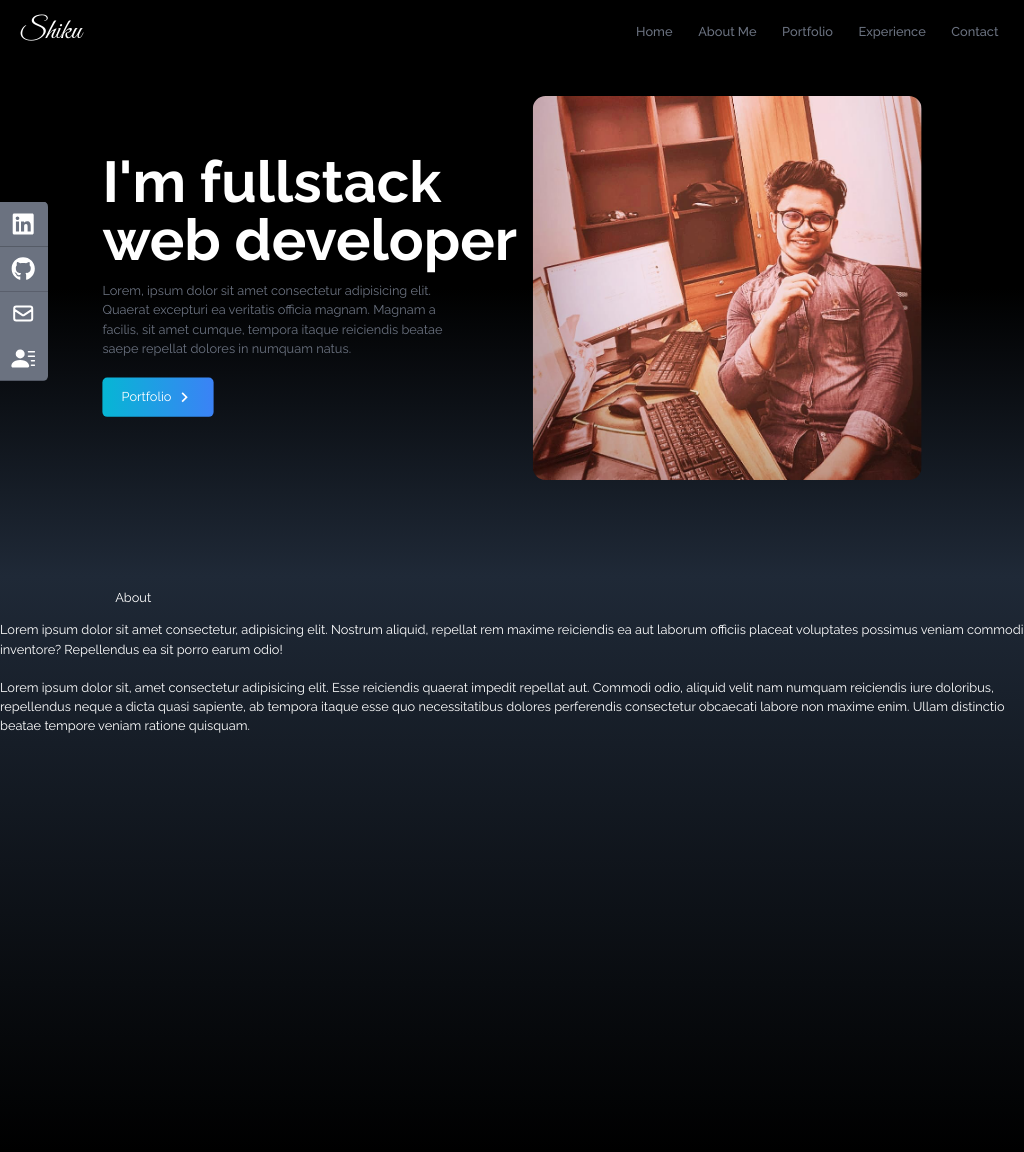
Repository: shikubro90/portfolio2
Page: /
These files come from the project's save history. The page is drawn as it stood at one moment and after a run of saves; the edit follows.
The browser window is 1280 px wide. The pictures show the whole page, at 80% of full size.
The project was rebuilt for these pictures with package versions that can differ from the ones it lists, and the page was loaded fresh each time. Imported but missing from the stored project, and not drawn on this page: src/assets/CV.pdf.

Above is the page before, as saved 2022-08-26 13:46:35.

### src/index.css
@import url('https://fonts.googleapis.com/css2?family=Raleway:ital,wght@0,200;0,300;0,400;0,500;0,600;0,700;0,800;0,900;1,100;1,200;1,300;1,400;1,500;1,600;1,700;1,800;1,900&display=swap');

@import url('https://fonts.googleapis.com/css2?family=Great+Vibes&display=swap');

@tailwind base;
@tailwind components;
@tailwind utilities;

@layer base{
  html{
    font-family: 'Raleway', sans-serif;
  }
}

### src/App.js
import About from "./components/About";
import Home from "./components/Home";
import Navbar from "./components/Navbar";
import SocialMedia from "./components/SocialMedia";


function App() {
  return (
    <div>
      <Navbar/>
      <Home/>
      <SocialMedia/>
      <About/>
    </div>
  );
}

export default App;

### src/components/About.jsx
import React from 'react'

const About = () => {
  return (
    <div name="about" className='w-full h-screen bg-gradient-to-b from-gray-800 to-black text-white'>
      <div>
      <div className='max-w-screen-lg p-4 mx-auto'>
        <p>About</p>
      </div>
      <p>
        Lorem ipsum dolor sit amet consectetur, adipisicing elit. Nostrum aliquid, repellat rem maxime reiciendis ea aut laborum officiis placeat voluptates possimus veniam commodi inventore? Repellendus ea sit porro earum odio!
      </p>

      <br />

      <p>Lorem ipsum dolor sit, amet consectetur adipisicing elit. Esse reiciendis quaerat impedit repellat aut. Commodi odio, aliquid velit nam numquam reiciendis iure doloribus, repellendus neque a dicta quasi sapiente, ab tempora itaque esse quo necessitatibus dolores perferendis consectetur obcaecati labore non maxime enim. Ullam distinctio beatae tempore veniam ratione quisquam.</p>
      </div>

    </div>
  )
}

export default About

### src/components/Home.jsx
import React from 'react'
import heroImage from '../assets/about_me.png'
import {MdOutlineKeyboardArrowRight} from "react-icons/md"

const Home = () => {
  return (
    <div name="home" className='h-screen w-full bg-gradient-to-b from-black via-black to-gray-800 px-4'>
        <div className='max-w-screen-lg mx-auto flex flex-col md:flex-row items-center justify-center h-full'>

            <div className='flex flex-col justify-center text-white'>
                <h1 className='text-4xl sm:text-7xl font-bold'>I'm fullstack web developer</h1>

                <p className='text-gray-500 py-4 max-w-md'>Lorem, ipsum dolor sit amet consectetur adipisicing elit. Quaerat excepturi ea veritatis officia magnam. Magnam a facilis, sit amet cumque, tempora itaque reiciendis beatae saepe repellat dolores in numquam natus.</p>

                <button className='group w-fit flex flex-row items-center px-6 py-3 my-2 rounded-md bg-gradient-to-r from-cyan-500 to-blue-500 cursor-pointer'>
                    Portfolio
                    <span className='group-hover:rotate-90 duration-200'>
                        <MdOutlineKeyboardArrowRight className="ml-1" size={25} />
                    </span>
                </button>

            </div>
            <div>
                <img src={heroImage} alt="heroImage" className='rounded-2xl'/>
            </div>
        </div>
    </div>
  )
}

export default Home

### src/components/Navbar.jsx
import React, { useState } from 'react'
import {FaBars, FaTimes} from 'react-icons/fa'

const Navbar = () => {

  const [nav, setNav] = useState(false)

  const links =[
    {
      id : 1,
      link : "Home"
    },
    {
      id : 2,
      link : "About Me"
    },
    {
      id : 3,
      link : "Portfolio"
    },
    {
      id : 4,
      link : "Experience"
    },
    {
      id : 5,
      link : "Contact"
    },
  ]

  return (
    <div className='bg-black text-white flex justify-between items-center px-4 fixed w-full h-20'>
      <div>
        <h1 className='text-4xl font-signature ml-2'>Shiku</h1>
      </div>

        <ul className='hidden md:flex'>
          {
            links.map((link)=>{
              return(
                <li key={link.id} className='px-4 cursor-pointer capitalize font-medium text-gray-500 hover:scale-105 duration-200 '>
                  {link.link}
                </li>
              )
            })
          }
        </ul>
        <div onClick={()=>{return setNav(!nav)}} className='cursor-pointer pr-10 z-10 text-gray-500 md:hidden'>
          {nav? <FaTimes size={30}/> : <FaBars size={30}/>  }
        </div>

          {nav && (
            <ul className='absolute top-0 left-0 w-full flex flex-col items-center justify-center h-screen bg-gradient-to-b from-black to-gray-800 text-gray-500'>
              {
                links.map(({id, link})=>{
                  return(
                    <li key={id} className='px-4 py-6 text-3xl cursor-pointer capitalize font-medium text-gray-500 hover:scale-105 duration-200 '>
                        {link}
                    </li>
                  )
                })
              }
            </ul>
          )}
    </div>
  )
}

export default Navbar

### src/components/SocialMedia.jsx
import React from 'react'
import {FaGithub, FaLinkedin} from "react-icons/fa"
import {HiOutlineMail} from "react-icons/hi"
import {BsFillPersonLinesFill} from "react-icons/bs"
import resume from '../assets/CV.pdf'

const links = [
    {
        id : 1,
        child : (
            <>
                LinkedIn <FaLinkedin size={30}/>
            </>
        ),
        href : "https://linkedin.com",
        style : 'rounded-tr-md'
    },
    {
        id : 2,
        child : (
            <>
                GitHub <FaGithub size={30}/>
            </>
        ),
        href : "https://github.com/shikubro90?tab=repositories",
    },
    {
        id : 3,
        child : (
            <>
                Mail <HiOutlineMail size={30}/>
            </>
        ),
        href : "mailto:shikubro90@gmail.com",
    },
    {
        id : 4,
        child : (
            <>
                Resume <BsFillPersonLinesFill size={30}/>
            </>
        ),
        href : resume,
        style : 'rounded-br-md',
        download: true
    },
]

const SocialMedia = () => {
  return (
    <div className='hidden lg:flex text-white flex flex-col fixed top-[35%] left-0'>
        <ul>
            {links.map(({id, child, style, href, download})=>{
                return(
                    <li key={id} className={`flex justify-between items-center ml-[-100px] hover:ml-[-10px] duration-300 hover:rounded-md w-40 bg-gray-500 cursor-pointer h-14 ${style}`}>
                        <a href={href}
                            className='flex justify-between items-center w-full px-4'
                            download={download}
                            rel="noreferrer"
                            target="_blank">
                            {child}
                        </a>
                    </li>
                )
            })}
        </ul>
    </div>
  )
}

export default SocialMedia

### tailwind.config.js
/** @type {import('tailwindcss').Config} */
module.exports = {
  content: [
    "./src/**/*.{js,jsx,ts,tsx}",
  ],
  theme: {
    extend: {},
    fontFamily: {
      signature : ["Great Vibes"],
    }
  },
  plugins: [],
}

Loaded but not shown: public/index.html (common file); src/index.js (common file)

After the next 3 saves:
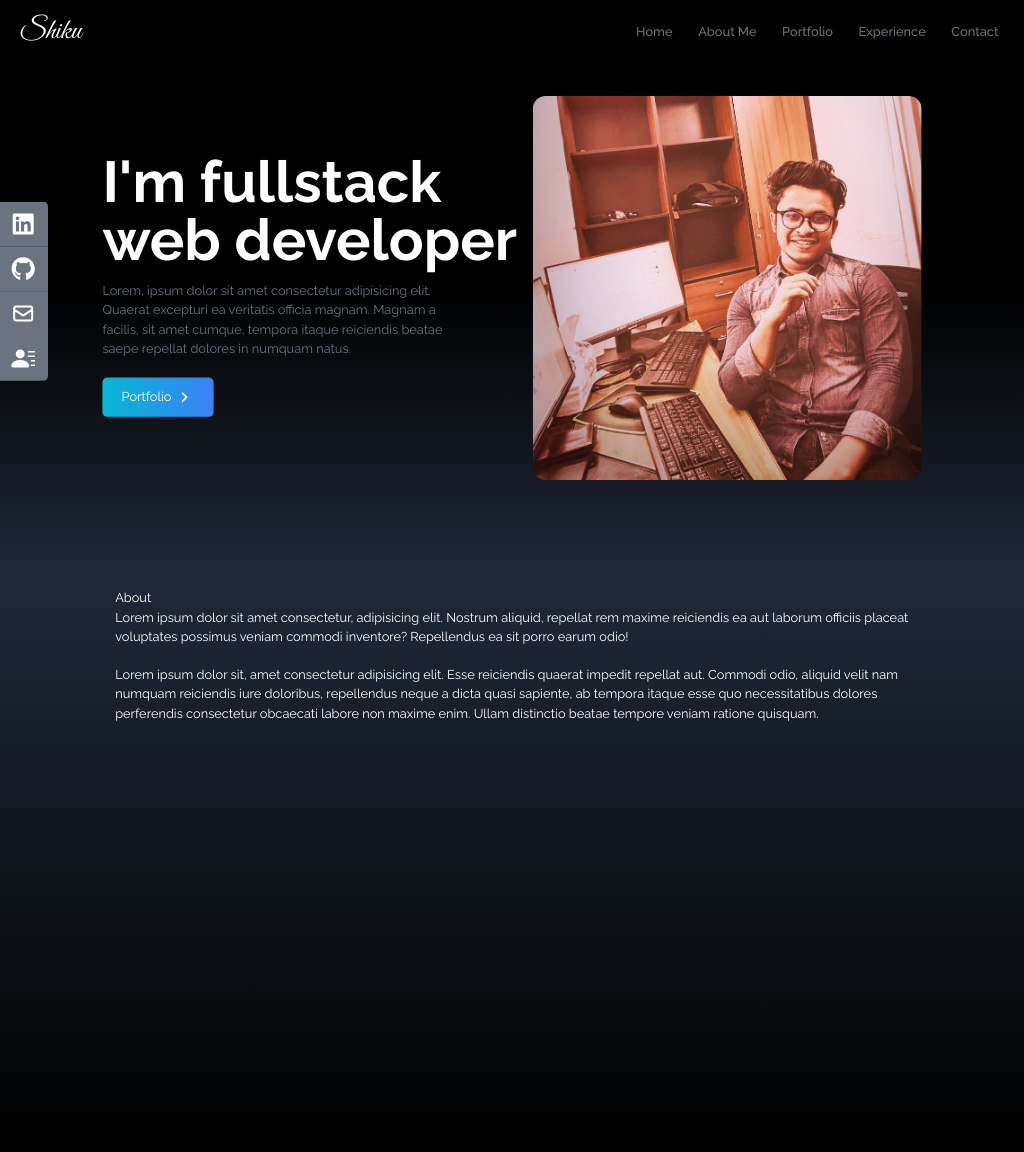
The 3 saves are shown as one change because they came seconds apart.
The last was saved 23 s later.
--- a/src/components/About.jsx
+++ b/src/components/About.jsx
@@ -3,8 +3,8 @@ import React from 'react'
 const About = () => {
   return (
     <div name="about" className='w-full h-screen bg-gradient-to-b from-gray-800 to-black text-white'>
+      <div className='max-w-screen-lg p-4 mx-auto'>
       <div>
-      <div className='max-w-screen-lg p-4 mx-auto'>
         <p>About</p>
       </div>
       <p>
